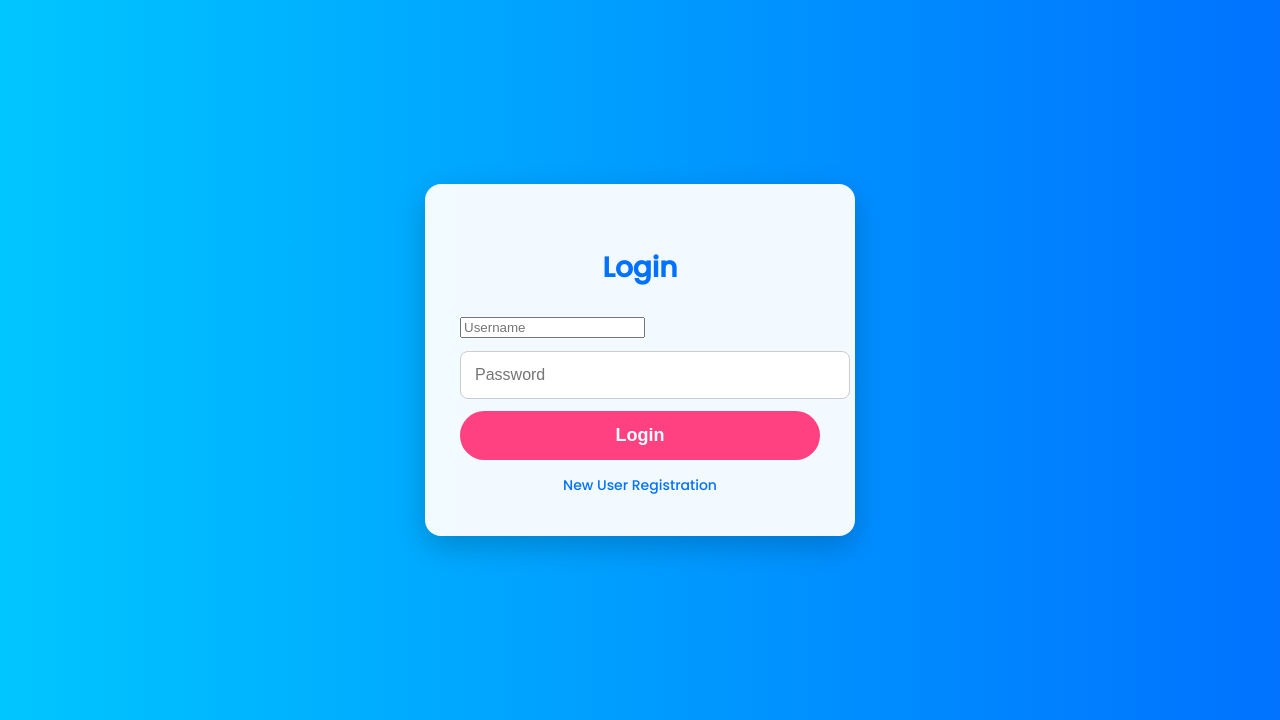
Repository: aakanksha4a/HoneySecure
Page: http://localhost/HoneySecure/login.jsp
The author's editor kept a copy of each file at every save. The page is drawn from the files as they stood at one save, then again after the next save.
The browser window is 1280 px wide. The pictures show the whole page.
The page is served by Tomcat 10.

Above is the page before, as saved 2025-04-24 17:30:14.

After the next save:
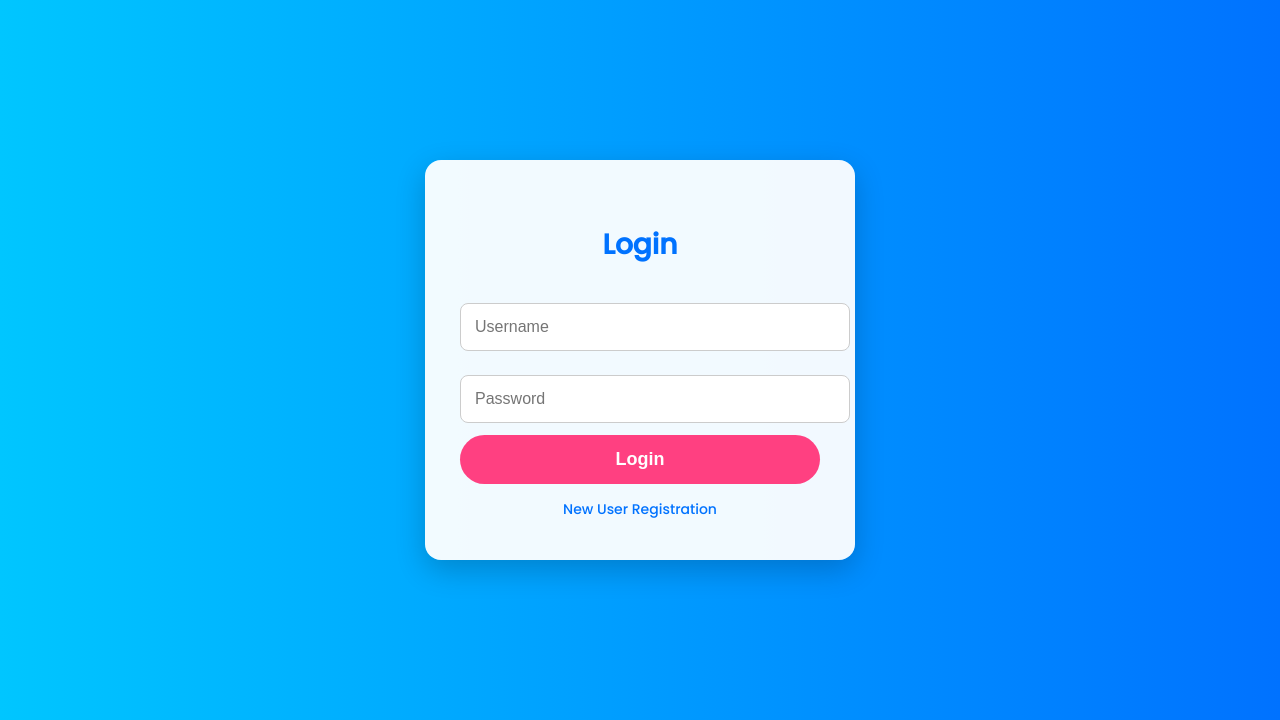
Saved 3 min 33 s later.
--- a/HoneySecure/src/main/webapp/login.jsp
+++ b/HoneySecure/src/main/webapp/login.jsp
@@ -36,7 +36,7 @@
       font-size: 28px;
     }
 
-    .login-box input[type="text"],
+    .login-box input[type="mail"],
     .login-box input[type="password"] {
       width: 100%;
       padding: 14px;
